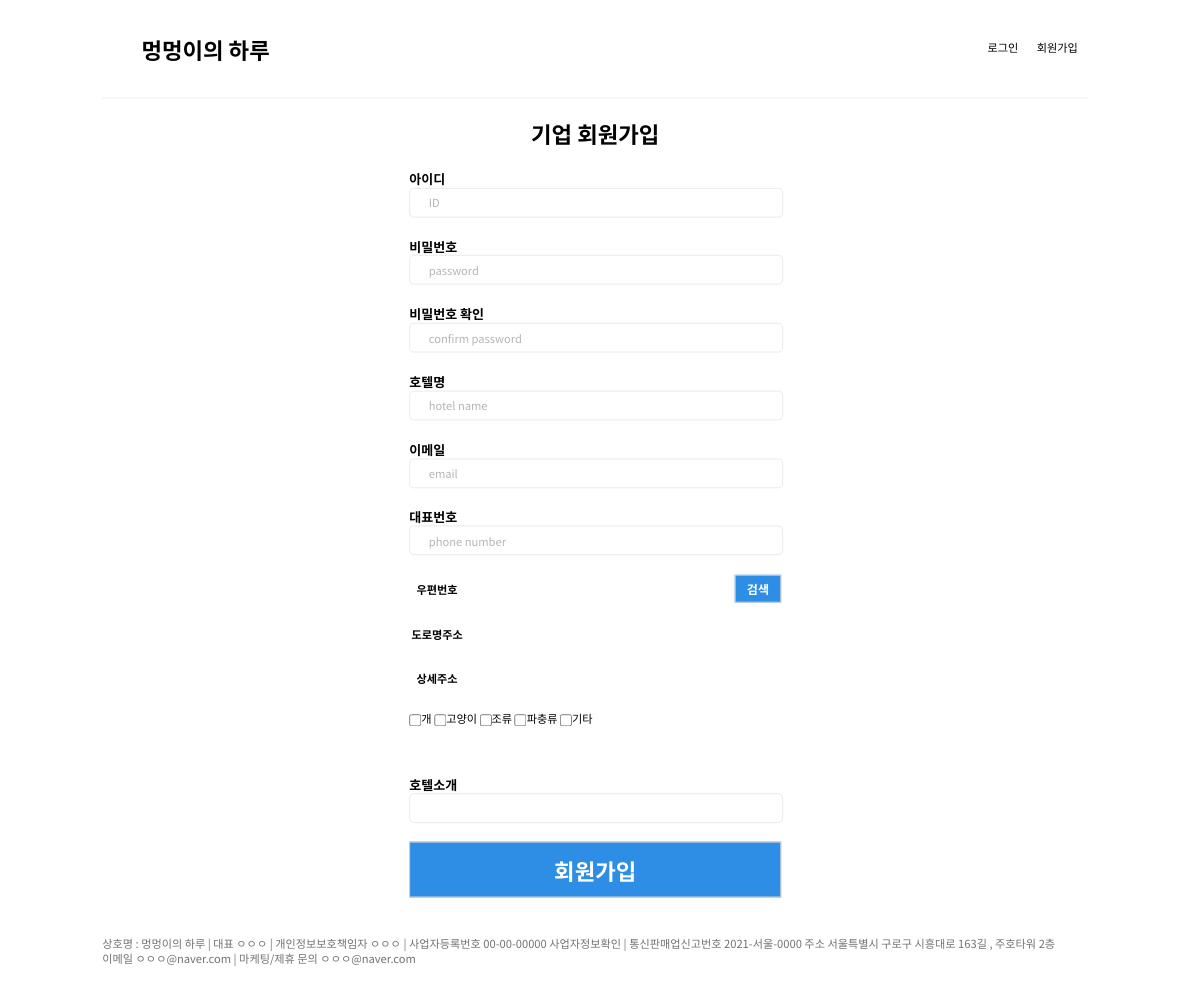
Repository: sondaeu/daeun
Page: http://localhost/Petopia/WEB-INF/views/member/accommJoinus.jsp
The author's editor kept a copy of each file at every save. The page is drawn from the files as they stood at one save, then again after the next save.
The browser window is 1280 px wide. The pictures show the whole page, at 93% of full size.
The page is served by Tomcat 9. Nobody is signed in. The template is opened directly, without the code that normally fills it, so the values that code supplies are empty.

Above is the page before, as saved 2021-02-23 01:24:13.

After the next save:
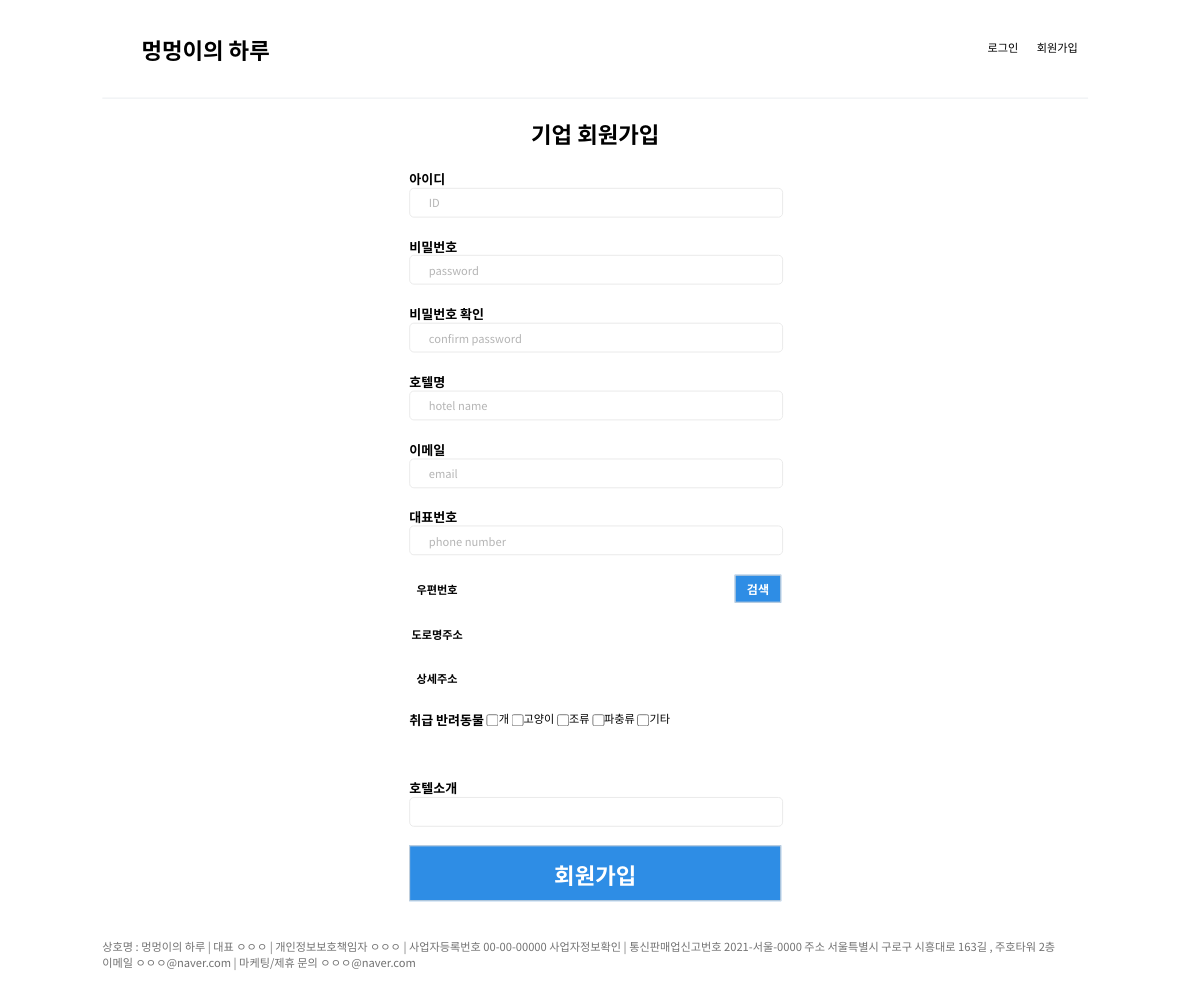
Saved 2 min 46 s later.
--- a/WEB_CODES/Petopia/src/main/webapp/WEB-INF/views/member/accommJoinus.jsp
+++ b/WEB_CODES/Petopia/src/main/webapp/WEB-INF/views/member/accommJoinus.jsp
@@ -426,7 +426,7 @@ function jusoCallBack(
 				</div>
 				<div class="menu">
 					<fieldset>
-						<legend>취급 반려동물</legend>
+						<label>취급 반려동물</label>
 						<input type="checkbox" id="animal1" name="animal" value="개">개
 						<input type="checkbox" id="animal2" name="animal" value="고양이">고양이
 						<input type="checkbox" id="animal3" name="animal" value="개">조류
